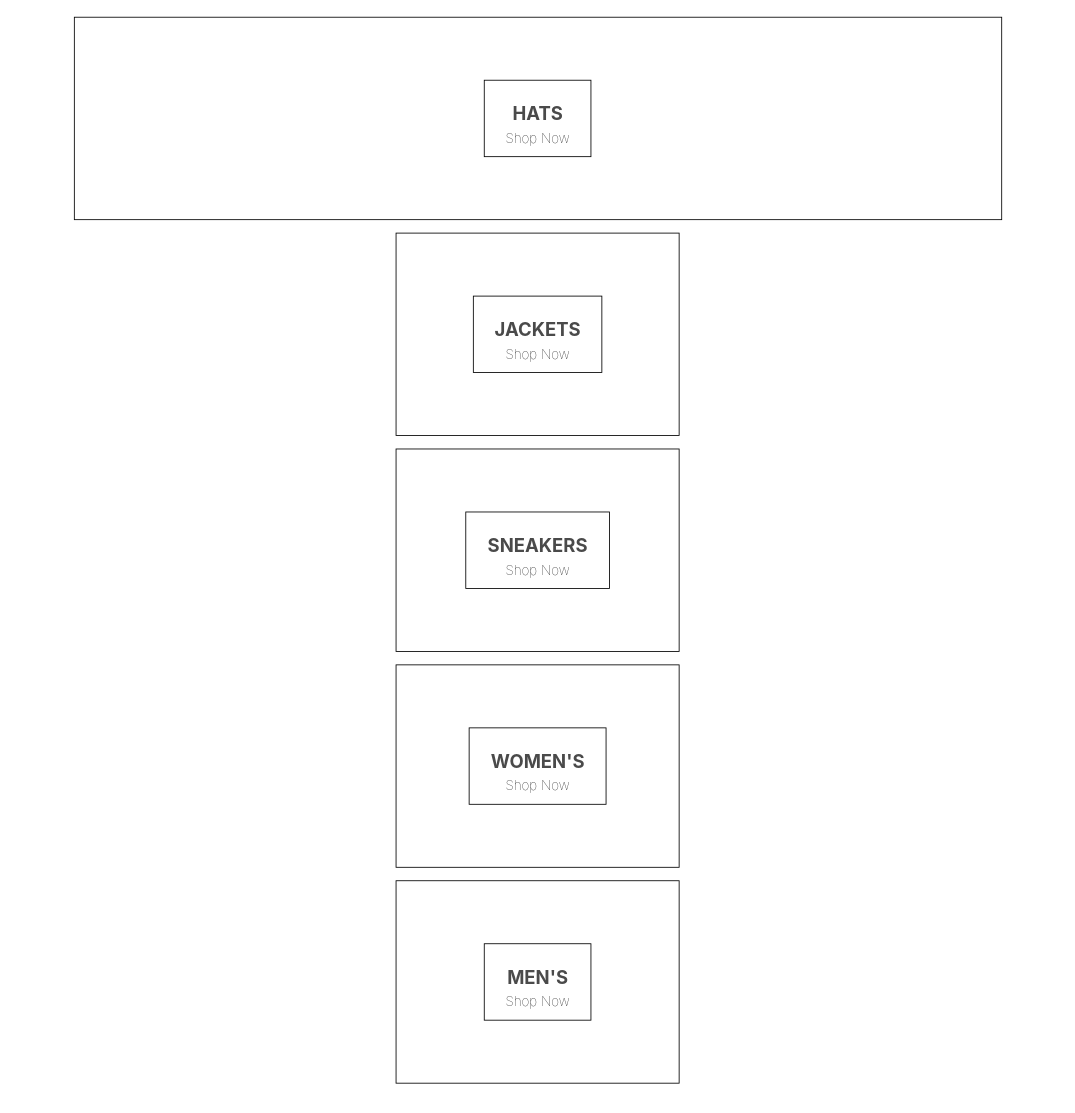
Repository: MikeTroianello/commerce-store
Page: /
These files come from the project's save history. The page is drawn as it stood at one moment and after the next save; the edit follows.
The browser window is 1280 px wide. The pictures show the whole page, at 84% of full size.
The project was rebuilt for these pictures with package versions that can differ from the ones it lists, and the page was loaded fresh each time. Also part of the build but not shown: src/App.css.

Above is the page before, as saved 2019-09-09 19:01:01.

### src/App.js
import React from 'react';

import Homepage from './Homepage.component';

import './App.css';

function App() {
  return (
    <div>
      <Homepage />
    </div>
  );
}

export default App;

### src/Homepage.component.js
import React from 'react';
import './Homepage.styles.scss';

export default function Homepage() {
  return (
    <div className='homepage'>
      <div className='directory-menu'>
        <div className='menu-item'>
          <div className='content'>
            <h1 className='title'>HATS</h1>
            <span className='subtitle'>Shop Now</span>
          </div>
        </div>
      </div>

      <div className='menu-item'>
        <div className='content'>
          <h1 className='title'>JACKETS</h1>
          <span className='subtitle'>Shop Now</span>
        </div>
      </div>

      <div className='menu-item'>
        <div className='content'>
          <h1 className='title'>SNEAKERS</h1>
          <span className='subtitle'>Shop Now</span>
        </div>
      </div>
      <div className='menu-item'>
        <div className='content'>
          <h1 className='title'>WOMEN'S</h1>
          <span className='subtitle'>Shop Now</span>
        </div>
      </div>
      <div className='menu-item'>
        <div className='content'>
          <h1 className='title'>MEN'S</h1>
          <span className='subtitle'>Shop Now</span>
        </div>
      </div>
    </div>
  );
}

### src/Homepage.styles.scss
.homepage {
  display: flex;
  flex-direction: column;
  align-items: center;
  padding: 20px 80px;
}

.directory-menu {
  width: 100%;
  display: flex;
  flex-wrap: wrap;
  justify-content: space-between;
}

.menu-item {
  min-width: 30%;
  height: 240px;
  flex: 1 1 auto;
  display: flex;
  align-items: center;
  justify-content: center;
  border: 1px solid black;
  margin: 0 7.5px 15px;

  &:first-child {
    margin-right: 7.5px;
  }

  &:last-child {
    margin-left: 7.5px;
  }

  .content {
    height: 90px;
    padding: 0 25px;
    display: flex;
    flex-direction: column;
    align-items: center;
    justify-content: center;
    border: 1px solid black;

    .title {
      font-weight: bold;
      margin-bottom: 6px;
      font-size: 22px;
      color: #4a4a4a;
    }

    .subtitle {
      font-weight: lighter;
      font-size: 16px;
    }
  }
}

Loaded but not shown: public/index.html (common file); src/index.js (common file); src/index.css (common file)

After the next save:
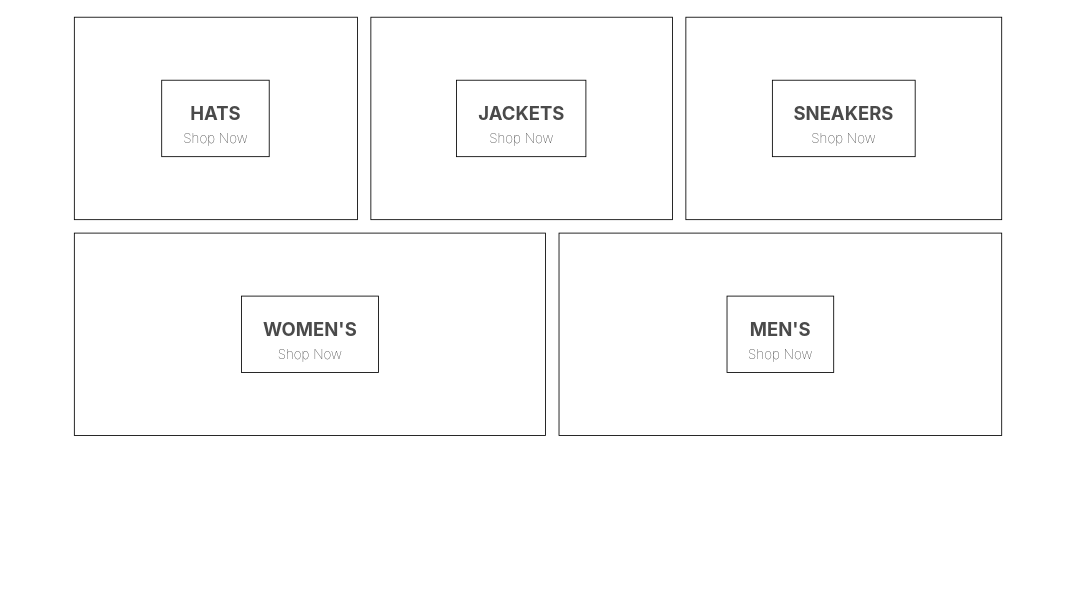
Saved 21 s later.
--- a/src/Homepage.component.js
+++ b/src/Homepage.component.js
@@ -11,31 +11,31 @@ export default function Homepage() {
             <span className='subtitle'>Shop Now</span>
           </div>
         </div>
-      </div>
 
-      <div className='menu-item'>
-        <div className='content'>
-          <h1 className='title'>JACKETS</h1>
-          <span className='subtitle'>Shop Now</span>
+        <div className='menu-item'>
+          <div className='content'>
+            <h1 className='title'>JACKETS</h1>
+            <span className='subtitle'>Shop Now</span>
+          </div>
         </div>
-      </div>
 
-      <div className='menu-item'>
-        <div className='content'>
-          <h1 className='title'>SNEAKERS</h1>
-          <span className='subtitle'>Shop Now</span>
+        <div className='menu-item'>
+          <div className='content'>
+            <h1 className='title'>SNEAKERS</h1>
+            <span className='subtitle'>Shop Now</span>
+          </div>
         </div>
-      </div>
-      <div className='menu-item'>
-        <div className='content'>
-          <h1 className='title'>WOMEN'S</h1>
-          <span className='subtitle'>Shop Now</span>
+        <div className='menu-item'>
+          <div className='content'>
+            <h1 className='title'>WOMEN'S</h1>
+            <span className='subtitle'>Shop Now</span>
+          </div>
         </div>
-      </div>
-      <div className='menu-item'>
-        <div className='content'>
-          <h1 className='title'>MEN'S</h1>
-          <span className='subtitle'>Shop Now</span>
+        <div className='menu-item'>
+          <div className='content'>
+            <h1 className='title'>MEN'S</h1>
+            <span className='subtitle'>Shop Now</span>
+          </div>
         </div>
       </div>
     </div>
